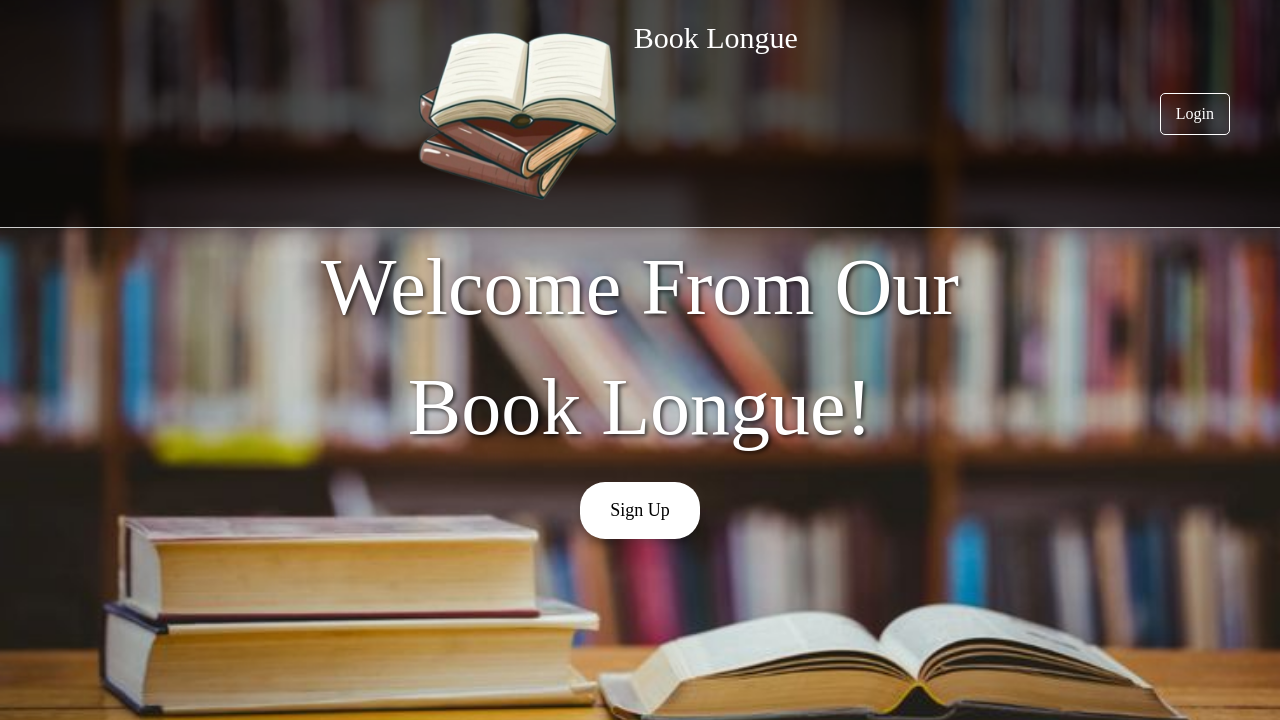
Repository: moehaymanmyint/Book-Longue-Web-System
Page: pages/GetStarted.html
An editor plug-in stored every save of this project. The page is shown before and after the next save, followed by the edit.
The browser window is 1280 px wide. The pictures show the whole page.
Some web fonts or font styles are not loaded; a fallback is used.

Above is the page before, as saved 2024-12-30 11:50:02.

After the next save:
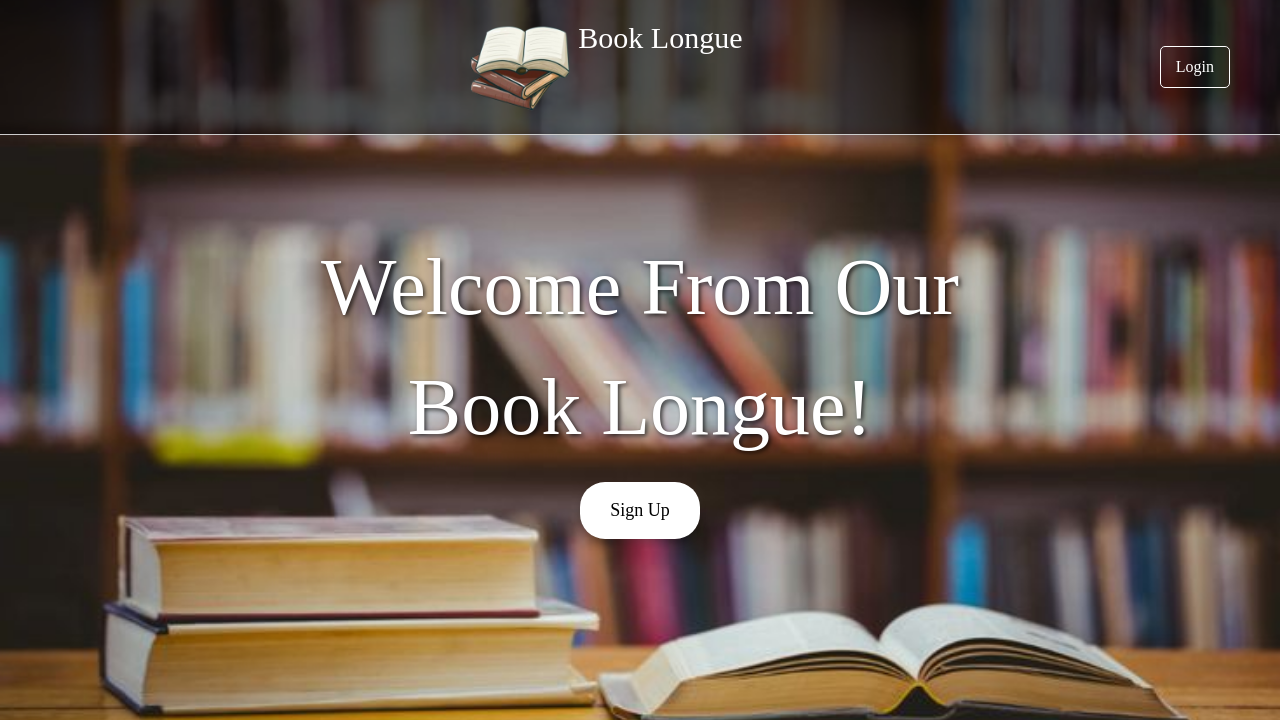
Saved 4 s later.
--- a/pages/GetStarted.html
+++ b/pages/GetStarted.html
@@ -13,7 +13,7 @@
 <body>
     <div class="nav-bar">
         <div class="left">
-            <img src="../src/logo.png" alt="" width="20%">
+            <img src="../src/logo.png" alt="" width="10%">
             <h1>Book Longue</h1>
         </div>
         <div class="right">
